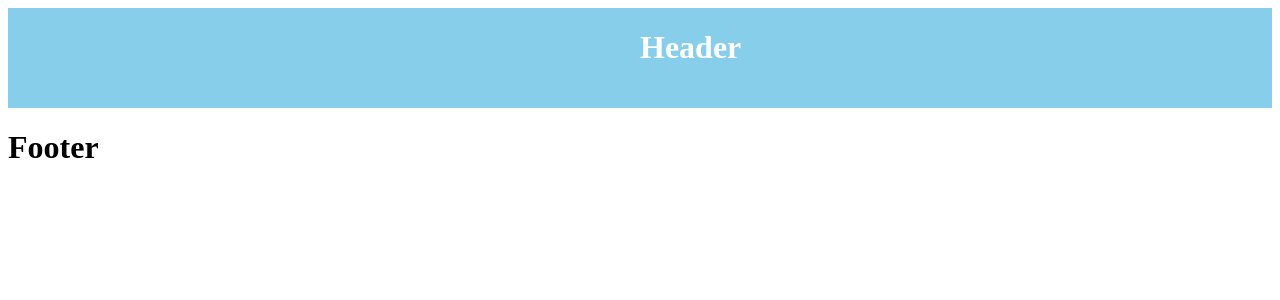
Repository: harshitanthal1/assignments_avisoft
Page: 01-02-2024/assignment_2/index.html
An editor plug-in stored every save of this project. The page is shown before and after the next save, followed by the edit.
The browser window is 1280 px wide. The pictures show the whole page.

Above is the page before, as saved 2024-02-01 13:38:53.

### 01-02-2024/assignment_2/index.html
<!DOCTYPE html>
<html lang="en">
<head>
    <meta charset="UTF-8">
    <meta name="viewport" content="width=device-width, initial-scale=1.0">
    <title>Assignment 2</title>
    <link rel="stylesheet" href="styles/styles.css" />
</head>
<body>
       <div id="header"><h1>Header</h1></div>
       <div id="main">
           <div id="box1"><h2></h2></div>
           <div id="box2"><h2></h2></div>
           <div id="box3"><h2></h2></div>
           <div id="box4"><h2></h2></div>
           <div id="box5"><h2></h2></div>
           <div id="box6"><h2></h2></div>
       </div>
       <div id="footer"><h1>Footer</h1></div>
</body>
</html>

### 01-02-2024/assignment_2/styles/styles.css

#header {
    background-color: skyblue;
    display: flex;
    color: white;
    padding-left: 50%;
    height: 100px;
}

After the next save:
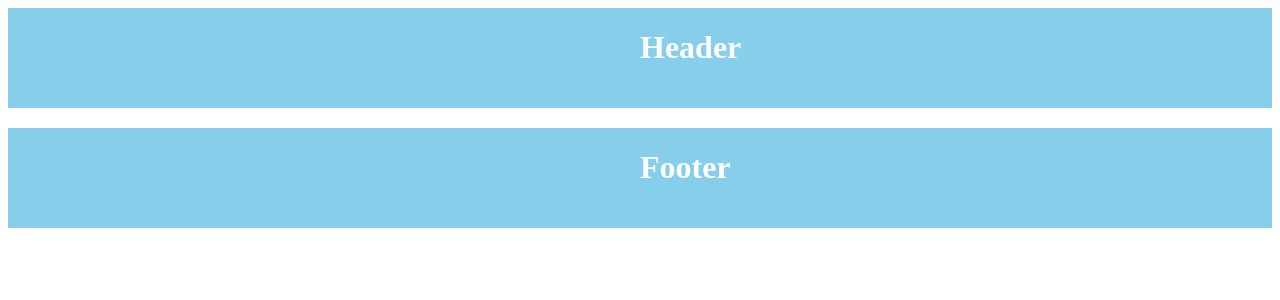
Saved 35 s later.
--- a/01-02-2024/assignment_2/styles/styles.css
+++ b/01-02-2024/assignment_2/styles/styles.css
@@ -6,3 +6,11 @@
     padding-left: 50%;
     height: 100px;
 }
+
+#footer {
+    background-color: skyblue;
+    display: flex;
+    color: white;
+    padding-left: 50%;
+    height: 100px;
+}
